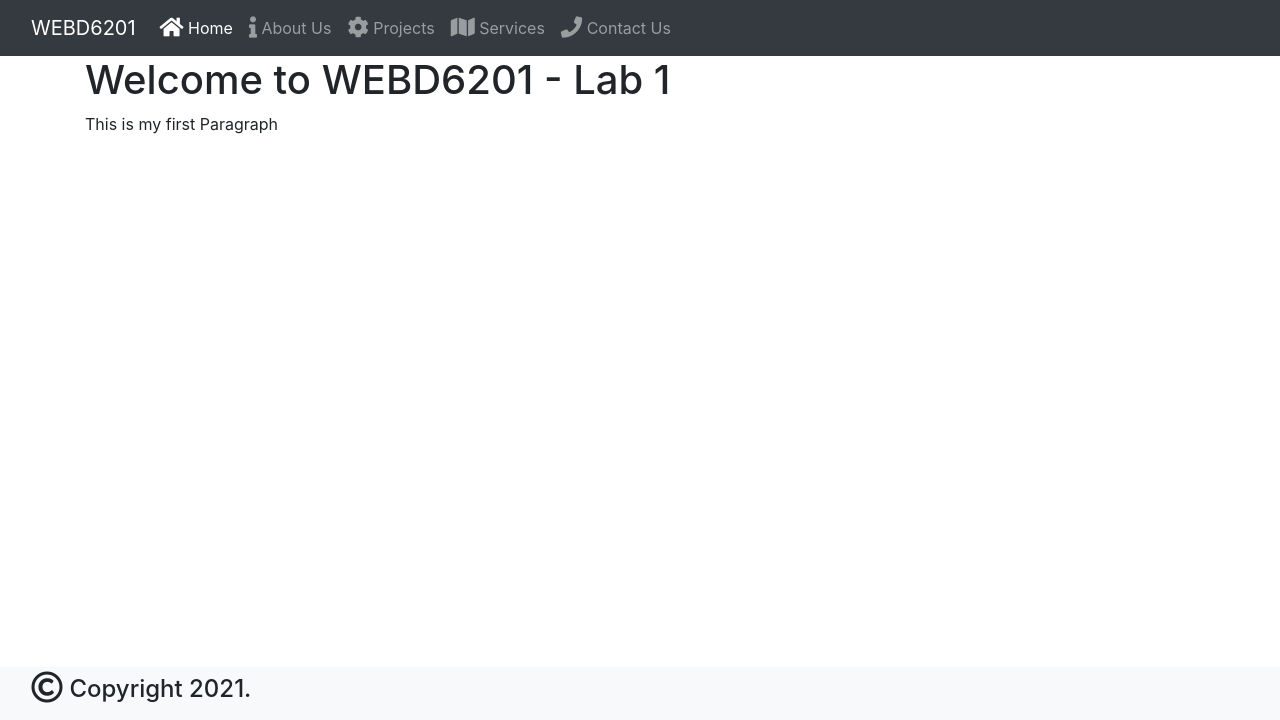
Repository: arbin6ix/ICE-2
Page: index.html
An editor plug-in stored every save of this project. The page is shown before and after the next save, followed by the edit.
The browser window is 1280 px wide. The pictures show the whole page.

Above is the page before, as saved 2021-02-05 20:47:39.

After the next save:
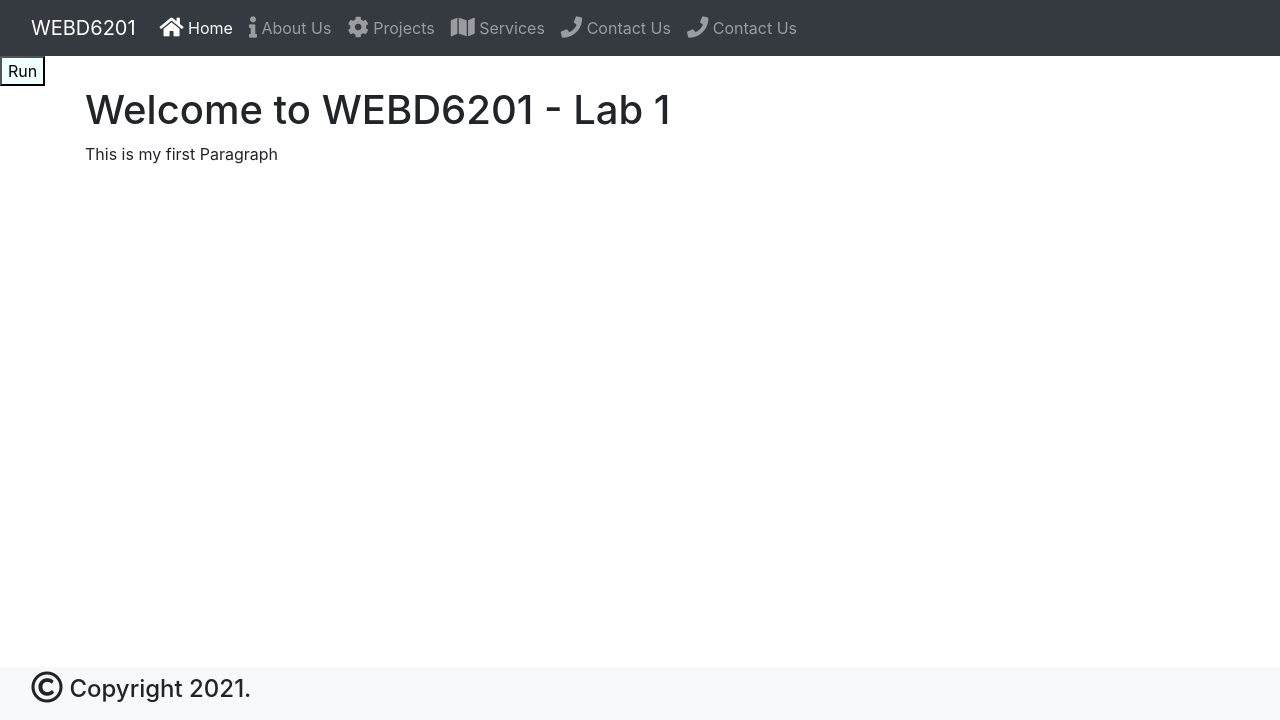
Saved 28 s later.
--- a/index.html
+++ b/index.html
@@ -40,6 +40,9 @@
                   <li class="nav-item">
                     <a class="nav-link" aria-current="page" href="contact.html"><i class="fas fa-phone fa-lg"></i> Contact Us</a>
                   </li>
+                  <li class="nav-item">
+                    <a class="nav-link" aria-current="page" href="human-resources.html"><i class="fas fa-phone fa-lg"></i> Contact Us</a>
+                  </li>
                 </ul>
               </div>
             </div>
@@ -47,6 +50,7 @@
     </header>
 
     <!-- Main Content -->
+    <button style="background-color:azure" onclick='execute()'/>Run</button>
     <main class="container">
         <h1>Welcome to WEBD 6201</h1>
         <p id="paragraphOne"></p>
